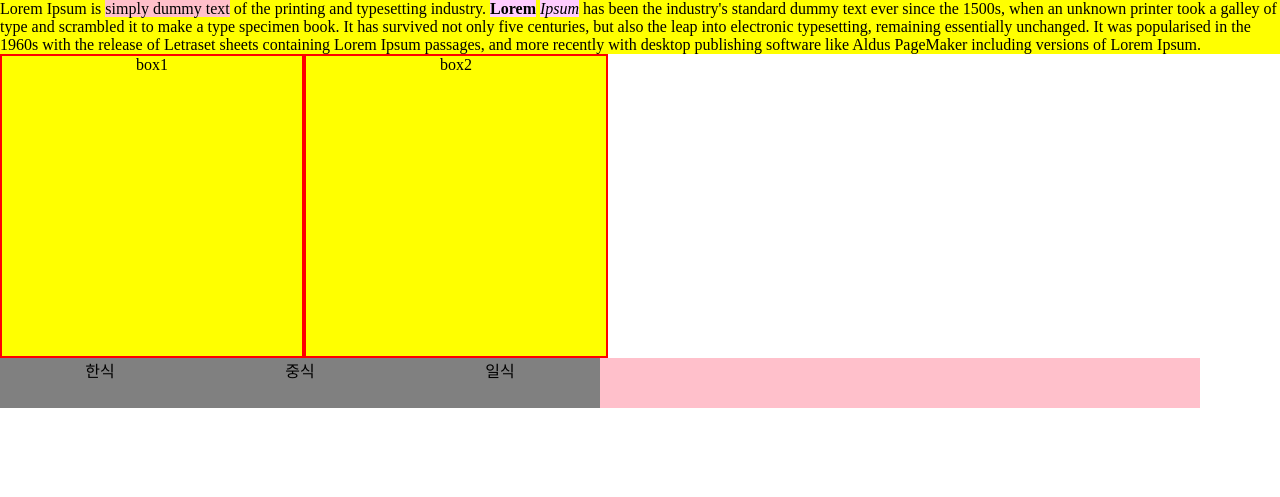
Repository: gwonjunsu95/html5
Page: html5/WebContent/day0401.html
An editor plug-in stored every save of this project. The page is shown before and after the next save, followed by the edit.
The browser window is 1280 px wide. The pictures show the whole page.

Above is the page before, as saved 2020-04-21 05:14:23.

After the next save:
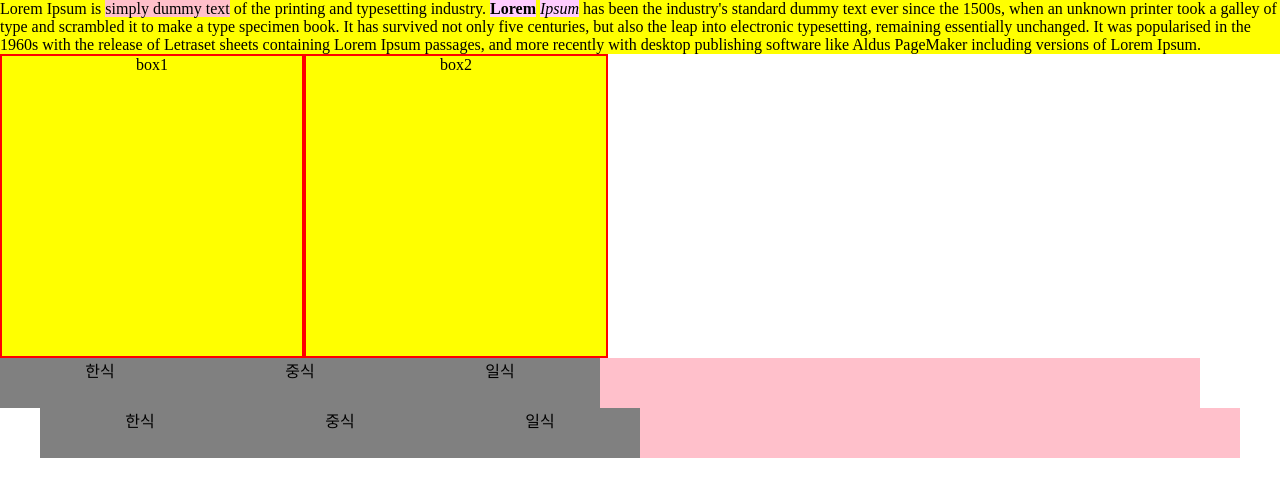
Saved 88 s later.
--- a/html5/WebContent/day0401.html
+++ b/html5/WebContent/day0401.html
@@ -88,5 +88,13 @@
 			</ul>
 		</div>
 	</div>
+
+	<div class = "section1">
+		<ul>
+			<li>한식</li>
+			<li>중식</li>
+			<li>일식</li>
+		</ul>
+	</div>
 </body>
 </html>
